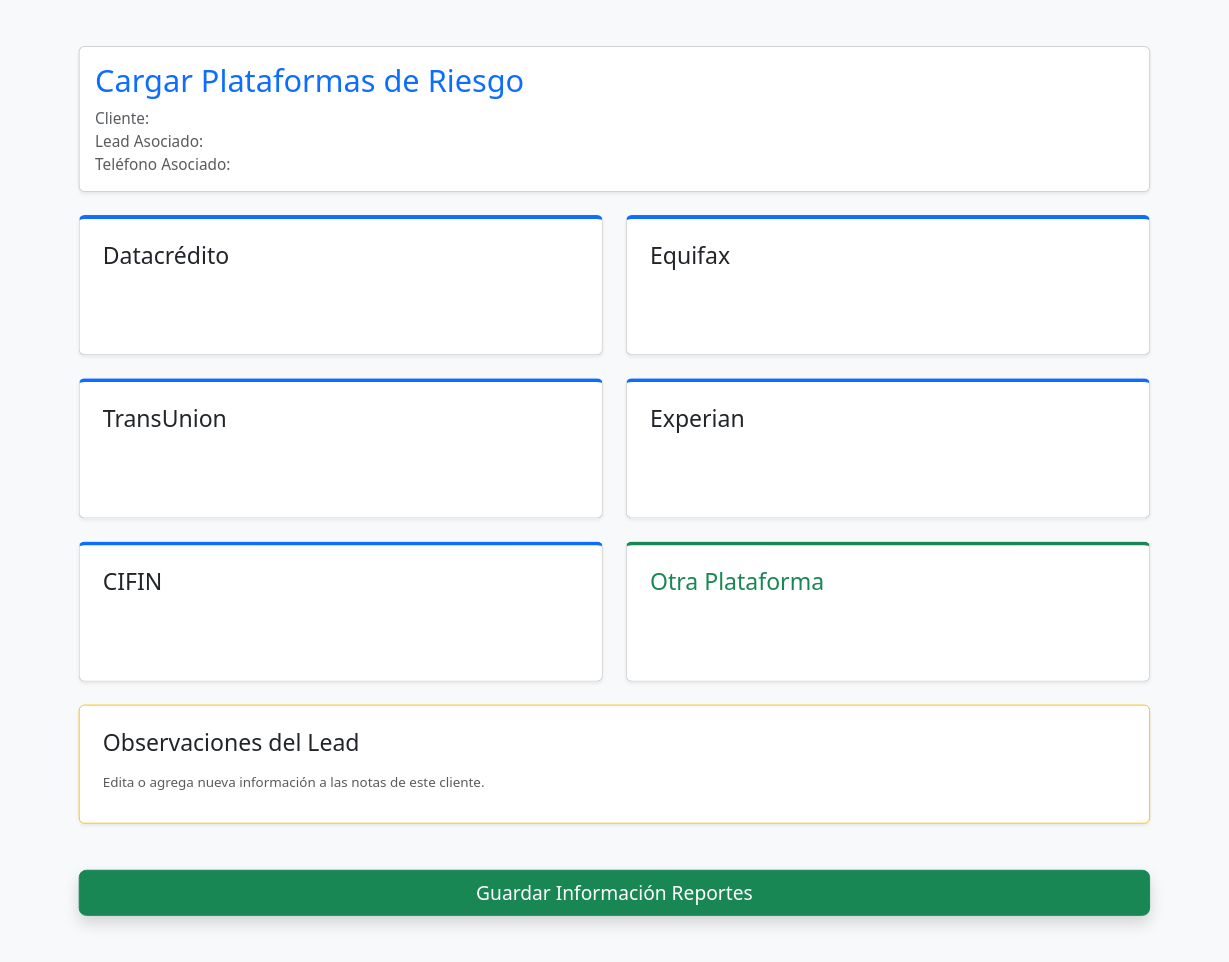
Repository: LuhizK/crm_ventas
Page: leads/templates/leads/registro_plataformas.html
An editor plug-in stored every save of this project. The page is shown before and after the next save, followed by the edit.
The browser window is 1280 px wide. The pictures show the whole page, at 96% of full size.
The template is drawn by Django 5.2. The application's start-up code is not run. The template is opened directly, without the code that normally fills it, so the values that code supplies are empty.

Above is the page before, as saved 2026-07-06 23:49:29.

After the next save:
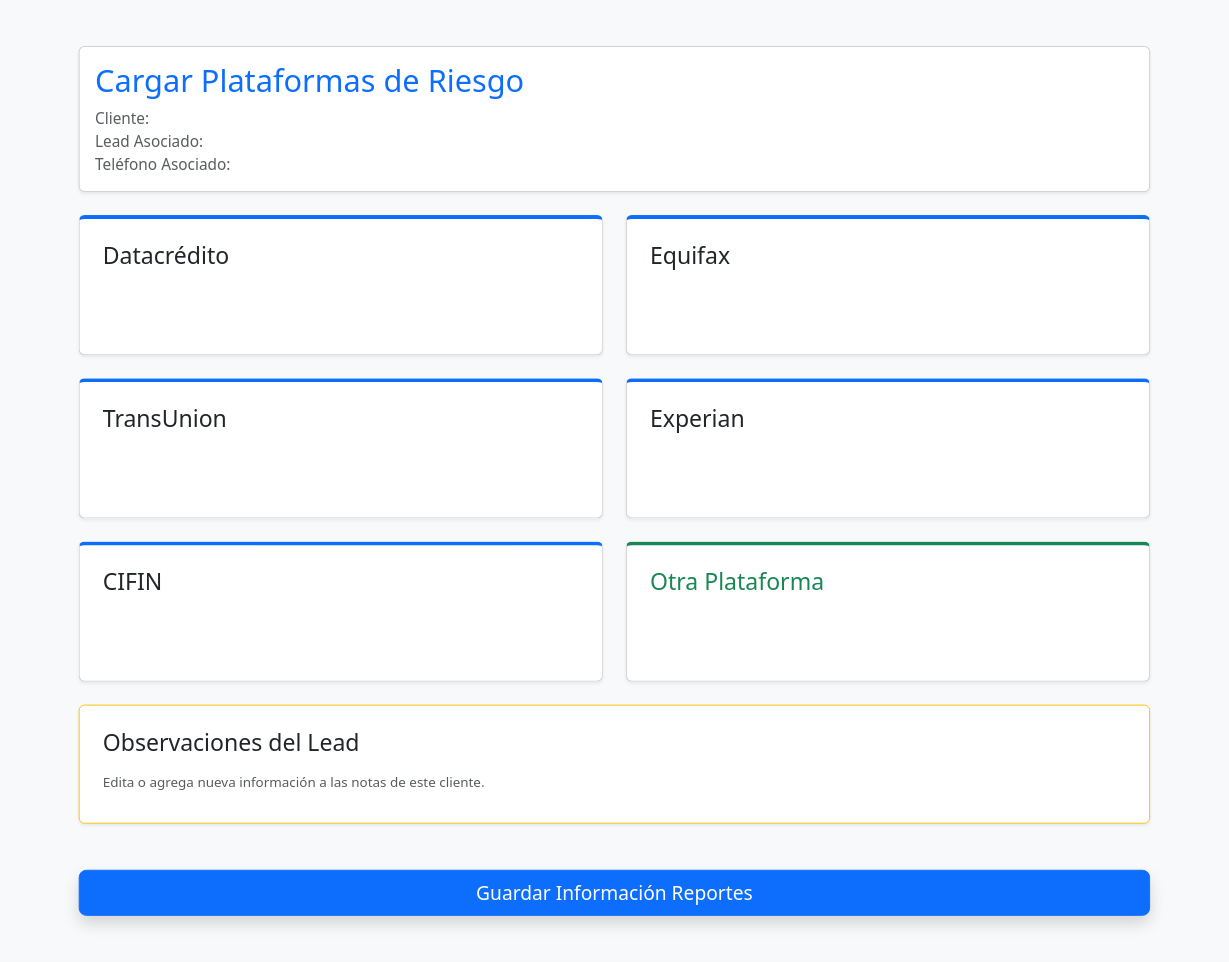
Saved 44 s later.
--- a/leads/templates/leads/registro_plataformas.html
+++ b/leads/templates/leads/registro_plataformas.html
@@ -183,7 +183,7 @@
             </div>
 
             <div class="text-center mt-5">
-                <button type="submit" class="btn btn-success btn-lg w-100 shadow">Guardar Información Reportes</button>
+                <button type="submit" class="btn btn-primary btn-lg w-100 shadow">Guardar Información Reportes</button>
             </div>
         </form>
     </div>
